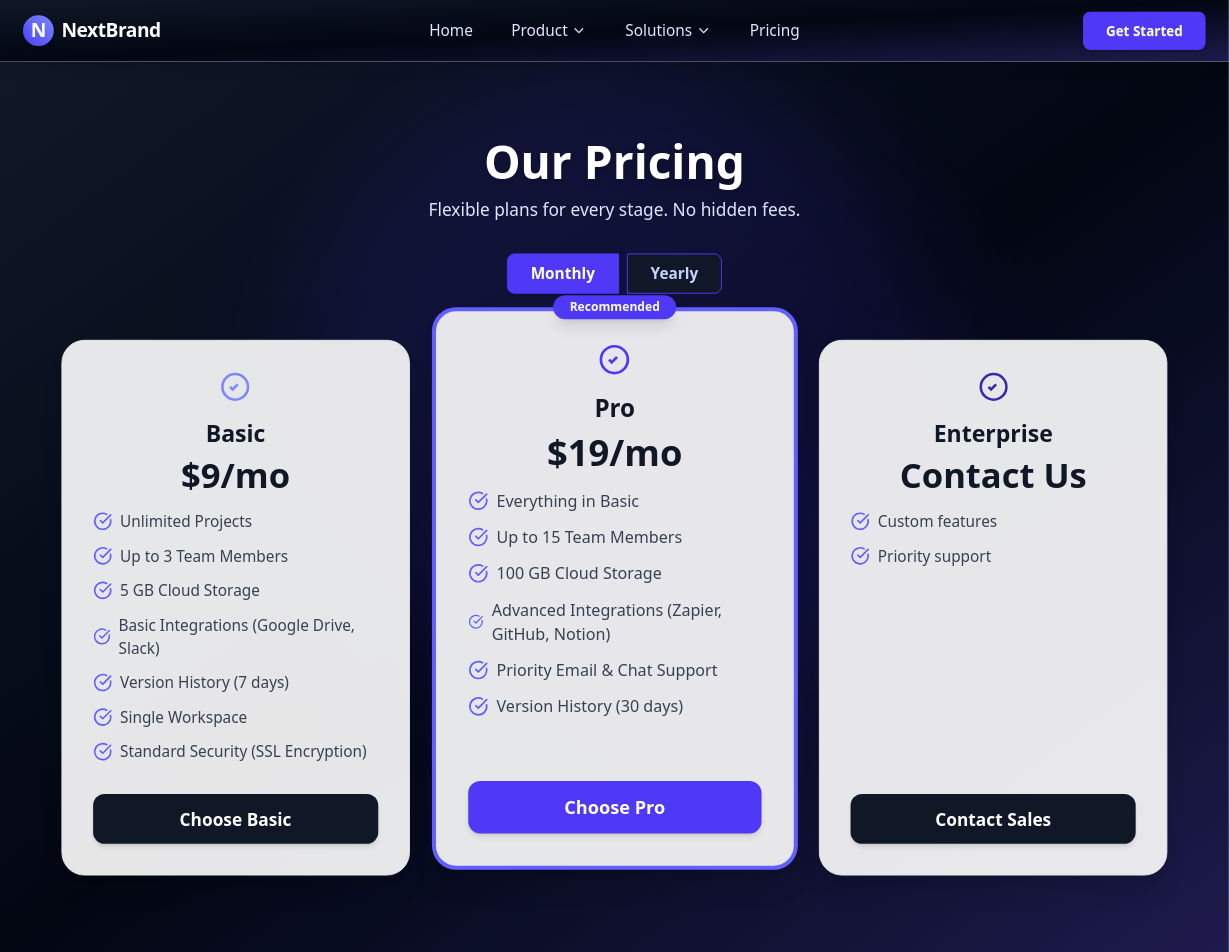
Repository: Chiranshukapil/Next_Brand
Page: /pricing
An editor plug-in stored every save of this project. The page is shown before and after the next save, followed by the edit.
The browser window is 1280 px wide. The pictures show the whole page, at 96% of full size.
The project was rebuilt for these pictures with package versions that can differ from the ones it lists, and the page was loaded fresh each time. Also part of the build but not shown: vite.config.js.

Above is the page before, as saved 2025-06-18 12:00:04.

### index.html
<!doctype html>
<html lang="en">
  <head>
    <meta charset="UTF-8" />
    <link rel="stylesheet" href="src/index.css">
    <meta name="viewport" content="width=device-width, initial-scale=1.0" />
    <title>NavBar</title>
  </head>
  <body classname="scroll-smooth">
    <div id="root"></div>
    <script type="module" src="/src/main.jsx"></script>
  </body>
</html>

### src/App.jsx
import { useState } from 'react'
import { BrowserRouter as Router, Routes, Route } from 'react-router-dom'
import Navbar from './Components/NavBar.jsx'
import PricingSection from './Components/PricingSection.jsx'

function App() {
  return (
    <Router>
      <Navbar />
      <Routes>

        <Route path="/pricing" element={<PricingSection />} />

      </Routes>
    </Router>
  )
}

export default App

### src/Components/NavBar.jsx
import React, { useState } from "react";
import { Link } from "react-router-dom";
import { Menu, X, ChevronDown } from "lucide-react";

// Route-based navLinks
const navLinks = [
  { name: "Home", href: "/" },
  {
    name: "Product",
    href: "/product",
    dropdown: [
      { name: "Overview", href: "/product/overview" },
      { name: "Features", href: "/product/features" },
      { name: "Pricing", href: "/pricing" },
    ],
  },
  {
    name: "Solutions",
    href: "/solutions",
    dropdown: [
      { name: "For Teams", href: "/solutions/teams" },
      { name: "For Individuals", href: "/solutions/individuals" },
    ],
  },
  { name: "Pricing", href: "/pricing" },
];

export default function Navbar() {
  const [menuOpen, setMenuOpen] = useState(false);
  const [dropdownOpen, setDropdownOpen] = useState(null);

  return (
    <nav className="sticky top-0 z-50 bg-gradient-to-br from-gray-900 via-gray-950 to-indigo-950 backdrop-blur-md bg-opacity-80 shadow-lg flex justify-between items-center px-6 py-3">
      {/* Brand/Logo */}
      <div className="navbar-start">
        <Link
          to="/"
          className="flex items-center gap-2 text-xl font-bold tracking-tight text-white hover:text-indigo-400 transition-colors"
        >
          <span className="w-8 h-8 bg-gradient-to-tr from-indigo-600 to-indigo-400 rounded-full text-white flex items-center justify-center font-bold shadow-md">
            N
          </span>
          <span>NextBrand</span>
        </Link>
      </div>

      {/* Desktop Menu */}
      <div className="navbar-center hidden md:flex">
        <ul className="flex gap-2 items-center">
          {navLinks.map((link, index) => (
            <li
              key={link.name}
              onMouseEnter={() => setDropdownOpen(index)}
              onMouseLeave={() => setDropdownOpen(null)}
              className="relative"
            >
              {link.dropdown ? (
                <>
                  <Link
                    to={link.href}
                    className="px-4 py-2 rounded-lg text-base font-medium flex items-center gap-1 cursor-pointer text-indigo-100 hover:text-white hover:bg-indigo-700/30 transition-colors"
                    aria-haspopup="true"
                    aria-expanded={dropdownOpen === index}
                    onClick={() => setDropdownOpen(null)}
                  >
                    {link.name}
                    <ChevronDown className="h-4 w-4" />
                  </Link>
                  {dropdownOpen === index && (
                    <ul className="absolute top-full left-0 mt-2 bg-white/95 shadow-xl rounded-xl p-2 w-52 z-50 animate-fade-in">
                      {link.dropdown.map((item) => (
                        <li key={item.name}>
                          <Link
                            to={item.href}
                            className="block px-4 py-2 rounded-lg hover:bg-indigo-100 text-gray-900 font-medium transition"
                            onClick={() => setDropdownOpen(null)}
                          >
                            {item.name}
                          </Link>
                        </li>
                      ))}
                    </ul>
                  )}
                </>
              ) : (
                <Link
                  to={link.href}
                  className="px-4 py-2 rounded-lg text-base font-medium text-indigo-100 hover:text-white hover:bg-indigo-700/30 transition"
                  onClick={() => setDropdownOpen(null)}
                >
                  {link.name}
                </Link>
              )}
            </li>
          ))}
        </ul>
      </div>

      {/* Right Side: CTA + Mobile Menu Button */}
      <div className="navbar-end flex items-center">
        <Link
          to="/get-started"
          className="btn btn-primary font-semibold shadow hidden md:inline-flex bg-indigo-600 text-white hover:bg-indigo-700 border-none rounded-lg px-6 py-2 transition"
        >
          Get Started
        </Link>
        <button
          aria-label="Toggle menu"
          className="btn btn-ghost md:hidden ml-2 text-indigo-200"
          onClick={() => setMenuOpen((v) => !v)}
        >
          {menuOpen ? (
            <X className="h-7 w-7" />
          ) : (
            <Menu className="h-7 w-7" />
          )}
        </button>

        {/* Mobile Menu */}
        <div
          className={`absolute top-full right-2 left-2 z-40 md:hidden overflow-hidden transition-all duration-300 ease-in-out bg-white/95 rounded-xl shadow-lg ${
            menuOpen ? "max-h-96" : "max-h-0"
          }`}
        >
          <ul tabIndex={0} className="flex flex-col gap-1 p-3 w-full">
            {navLinks.map((link) => (
              <li key={link.name}>
                {link.dropdown ? (
                  <details>
                    <summary className="text-base cursor-pointer flex items-center justify-between text-gray-900 font-semibold px-2 py-2 rounded-lg hover:bg-indigo-100 transition">
                      {link.name}
                    </summary>
                    <ul className="p-2">
                      {link.dropdown.map((item) => (
                        <li key={item.name}>
                          <Link
                            to={item.href}
                            className="block px-4 py-2 rounded-lg text-gray-900 hover:bg-indigo-100 transition"
                            onClick={() => setMenuOpen(false)}
                          >
                            {item.name}
                          </Link>
                        </li>
                      ))}
                    </ul>
                  </details>
                ) : (
                  <Link
                    to={link.href}
                    className="block px-4 py-2 rounded-lg text-gray-900 font-semibold hover:bg-indigo-100 transition"
                    onClick={() => setMenuOpen(false)}
                  >
                    {link.name}
                  </Link>
                )}
              </li>
            ))}
            <li className="mt-2">
              <Link
                to="/get-started"
                className="btn btn-primary w-full bg-indigo-600 text-white hover:bg-indigo-700 border-none rounded-lg px-6 py-2 transition"
                onClick={() => setMenuOpen(false)}
              >
                Get Started
              </Link>
            </li>
          </ul>
        </div>
      </div>
    </nav>
  );
}

### src/Components/PricingSection.jsx
import { CheckCircle } from "lucide-react";
import { useState } from "react";

const plans = [
  {
    name: "Basic",
    icon: <svg className="w-8 h-8 text-indigo-400" fill="none" stroke="currentColor" strokeWidth="2" viewBox="0 0 24 24"><circle cx="12" cy="12" r="10"/><path d="M8 12l2 2 4-4"/></svg>,
    monthly: 9,
    yearly: 90,
    features: ["Unlimited Projects", "Up to 3 Team Members", "5 GB Cloud Storage", "Basic Integrations (Google Drive, Slack)",
        "Version History (7 days)", "Single Workspace", "Standard Security (SSL Encryption)"
    ],
    recommended: false,
  },
  {
    name: "Pro",
    icon: <svg className="w-8 h-8 text-indigo-600" fill="none" stroke="currentColor" strokeWidth="2" viewBox="0 0 24 24"><circle cx="12" cy="12" r="10"/><path d="M8 12l2 2 4-4"/></svg>,
    monthly: 19,
    yearly: 190,
    features: ["Everything in Basic", "Up to 15 Team Members", "100 GB Cloud Storage", "Advanced Integrations (Zapier, GitHub, Notion)",
        "Priority Email & Chat Support", "Version History (30 days)", ],
    recommended: true,
  },
  {
    name: "Enterprise",
    icon: <svg className="w-8 h-8 text-indigo-800" fill="none" stroke="currentColor" strokeWidth="2" viewBox="0 0 24 24"><circle cx="12" cy="12" r="10"/><path d="M8 12l2 2 4-4"/></svg>,
    monthly: null,
    yearly: null,
    features: ["Custom features", "Priority support"],
    recommended: false,
    contact: true,
  },
];

export default function PricingSection() {
  const [billing, setBilling] = useState("monthly");

  const displayPrice = (plan) => {
    if (plan.contact) return "Contact Us";
    if (billing === "yearly") return `$${plan.yearly}/yr`;
    return `$${plan.monthly}/mo`;
  };

  return (
    <section className="relative py-20 px-4 md:px-0 bg-gradient-to-br from-gray-900 via-gray-950 to-indigo-950 min-h-[100vh]">
      {/* Decorative background shapes */}
      <div className="absolute top-0 left-1/2 -translate-x-1/2 w-[700px] h-[700px] rounded-full bg-indigo-800 opacity-20 blur-3xl pointer-events-none"></div>
      <div className="relative z-10 max-w-6xl mx-auto">
        <h2 className="text-4xl md:text-5xl font-extrabold text-center mb-3 text-white drop-shadow-lg">Our Pricing</h2>
        <p className="text-center text-indigo-100 mb-8 text-lg">Flexible plans for every stage. No hidden fees.</p>
        {/* Billing toggle */}
        <div className="flex justify-center mb-12 gap-2">
          <button
            className={`px-6 py-2 rounded-l-lg font-semibold transition-colors duration-200 hover:cursor-pointer border border-indigo-600 focus:outline-none ${
              billing === "monthly"
                ? "bg-indigo-600 text-white shadow"
                : "bg-gray-900 text-indigo-200 hover:bg-indigo-700/20"
            }`}
            onClick={() => setBilling("monthly")}
          >
            Monthly
          </button>
          <button
            className={`px-6 py-2 rounded-r-lg font-semibold transition-colors duration-200 hover:cursor-pointer border border-indigo-600 focus:outline-none ${
              billing === "yearly"
                ? "bg-indigo-600 text-white shadow"
                : "bg-gray-900 text-indigo-200 hover:bg-indigo-700/20"
            }`}
            onClick={() => setBilling("yearly")}
          >
            Yearly
          </button>
        </div>
        <div className="grid md:grid-cols-3 gap-8 items-stretch">
          {plans.map((plan, idx) => (
            <div
              key={plan.name}
              className={`relative flex flex-col p-8 rounded-3xl border transition-transform duration-200 bg-white/90 shadow-xl hover:scale-[1.03] ${
                plan.recommended
                  ? "border-4 border-indigo-500 bg-indigo-50 z-20 scale-105 shadow-2xl"
                  : "border-gray-200"
              }`}
              style={plan.recommended ? { top: '-20px' } : {}}
            >
              {plan.recommended && (
                <span className="absolute -top-4 left-1/2 -translate-x-1/2 bg-indigo-600 text-white text-xs px-4 py-1 rounded-full font-semibold shadow-lg z-30">
                  Recommended
                </span>
              )}
              <div className="flex justify-center mb-4">{plan.icon}</div>
              <h3 className="text-2xl font-bold mb-2 text-gray-900 text-center">{plan.name}</h3>
              <div className="text-4xl font-extrabold mb-4 text-center text-gray-900">{displayPrice(plan)}</div>
              <ul className="flex-1 mb-8 space-y-3 text-gray-700">
                {plan.features.map((f) => (
                  <li key={f} className="flex items-center gap-2">
                    <CheckCircle className="w-5 h-5 text-indigo-500" />
                    <span>{f}</span>
                  </li>
                ))}
              </ul>
              <button
                className={`py-3 px-6 rounded-xl font-semibold text-lg transition-all hover:cursor-pointer duration-200 shadow-md focus:outline-none ${
                  plan.recommended
                    ? "bg-indigo-600 text-white hover:bg-indigo-700"
                    : "bg-gray-900 text-white hover:bg-indigo-600"
                }`}
              >
                {plan.contact ? "Contact Sales" : `Choose ${plan.name}`}
              </button>
            </div>
          ))}
        </div>
      </div>
    </section>
  );
}

Loaded but not shown: src/index.css (common file); src/main.jsx (common file)

After the next save:
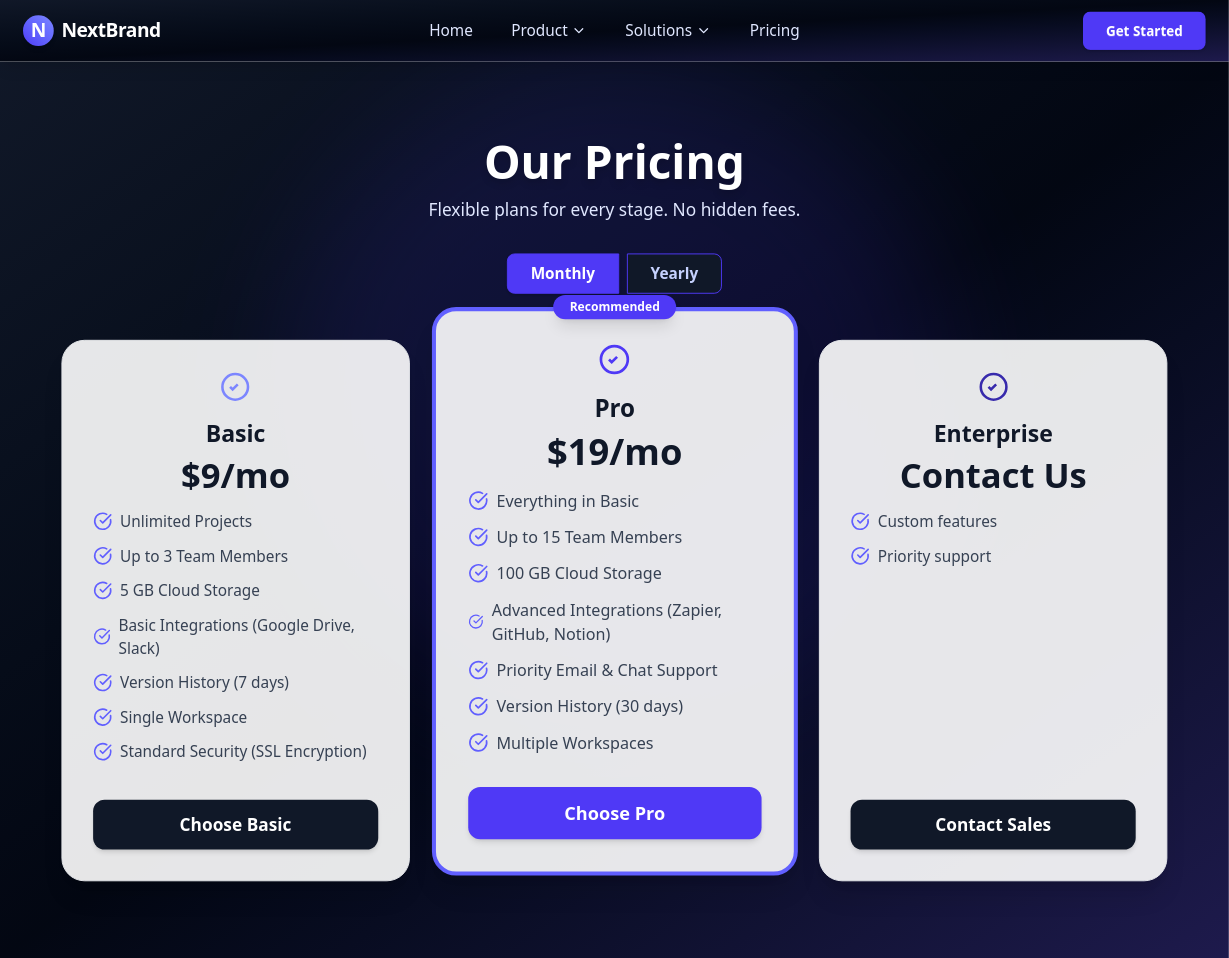
Saved 6 s later.
--- a/src/Components/PricingSection.jsx
+++ b/src/Components/PricingSection.jsx
@@ -18,7 +18,7 @@ const plans = [
     monthly: 19,
     yearly: 190,
     features: ["Everything in Basic", "Up to 15 Team Members", "100 GB Cloud Storage", "Advanced Integrations (Zapier, GitHub, Notion)",
-        "Priority Email & Chat Support", "Version History (30 days)", ],
+        "Priority Email & Chat Support", "Version History (30 days)", "Multiple Workspaces",],
     recommended: true,
   },
   {
